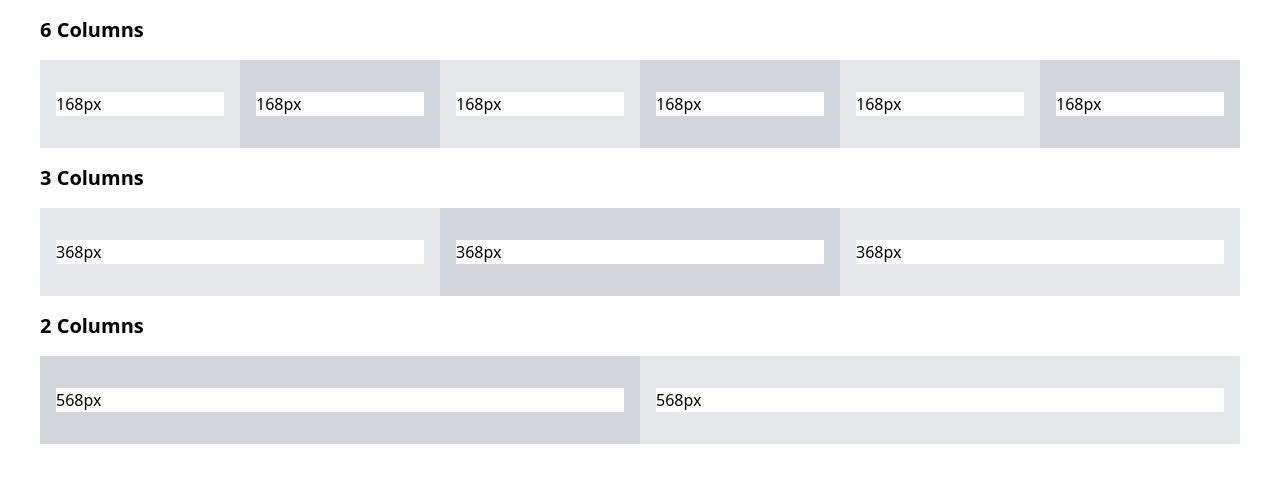
Repository: fabianwurk/vue-tailwind
Page: /
The author's editor kept a copy of each file at every save. The page is drawn from the files as they stood at one save, then again after the next save.
The browser window is 1280 px wide. The pictures show the whole page.
The project was rebuilt for these pictures with package versions that can differ from the ones it lists, and the page was loaded fresh each time. Also part of the build but not shown: vite.config.js.

Above is the page before, as saved 2021-03-15 23:30:45.

After the next save:
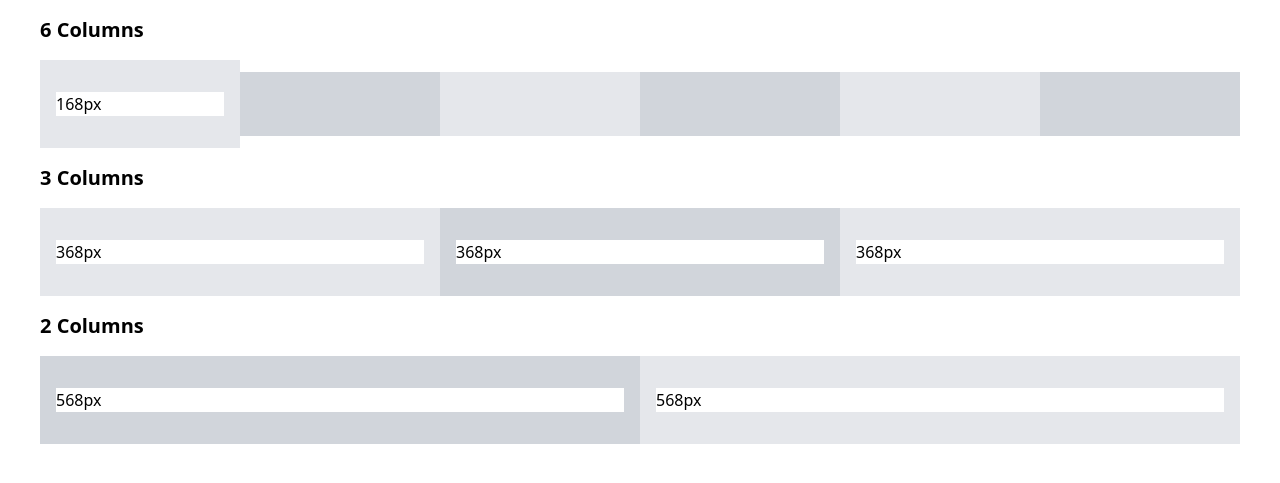
Saved 51 s later.
--- a/src/components/Tail.vue
+++ b/src/components/Tail.vue
@@ -5,7 +5,7 @@
     <h2 class="text-xl font-bold my-4">6 Columns</h2>
     <div class="flex items-center">
       <div class="w-1/6 bg-gray-200 py-8 px-4">
-        <span class="bg-white w-full block">{{ six }}</span>
+        <span class="bg-white w-full block">{{ sixCol }}</span>
       </div>
       <div class="w-1/6 bg-gray-300 py-8 px-4">
         <span class="bg-white w-full block">{{ six }}</span>
@@ -59,7 +59,8 @@
 export default {
   data() {
     return {
-      six: "168px"
+      sixCol: "168px",
+      three: "168px",
     };
   },
 }

After the 3 saves that followed:
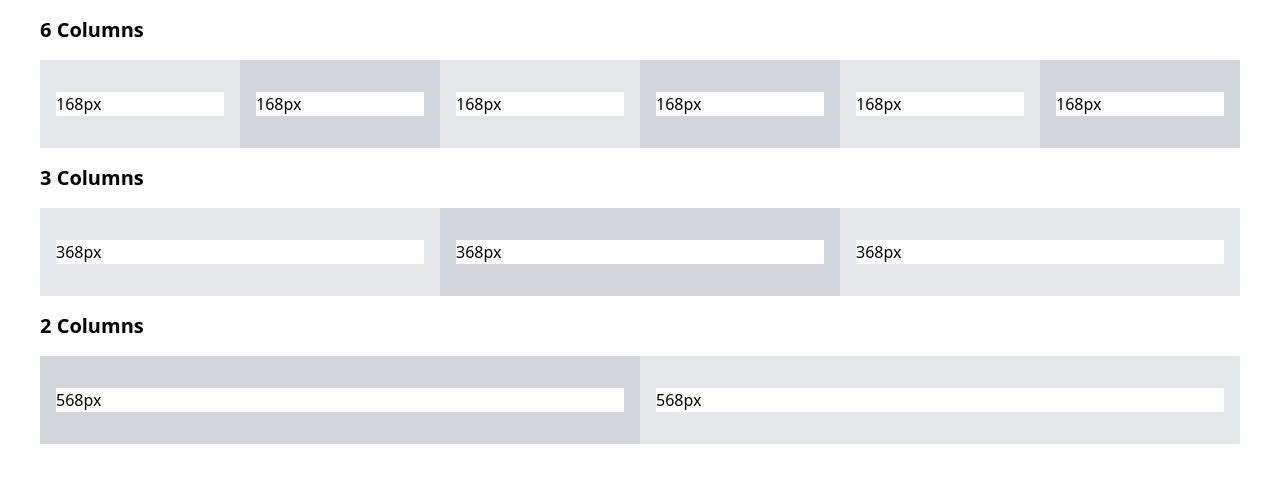
The 3 saves are shown as one change because 1 left the picture as it was and some came seconds apart.
The last was saved 23 s later.
--- a/src/components/Tail.vue
+++ b/src/components/Tail.vue
@@ -8,19 +8,19 @@
         <span class="bg-white w-full block">{{ sixCol }}</span>
       </div>
       <div class="w-1/6 bg-gray-300 py-8 px-4">
-        <span class="bg-white w-full block">{{ six }}</span>
+        <span class="bg-white w-full block">{{ sixCol }}</span>
       </div>
       <div class="w-1/6 bg-gray-200 py-8 px-4">
-        <span class="bg-white w-full block">{{ six }}</span>
+        <span class="bg-white w-full block">{{ sixCol }}</span>
       </div>
       <div class="w-1/6 bg-gray-300 py-8 px-4">
-        <span class="bg-white w-full block">{{ six }}</span>
+        <span class="bg-white w-full block">{{ sixCol }}</span>
       </div>
       <div class="w-1/6 bg-gray-200 py-8 px-4">
-        <span class="bg-white w-full block">{{ six }}</span>
+        <span class="bg-white w-full block">{{ sixCol }}</span>
       </div>
       <div class="w-1/6 bg-gray-300 py-8 px-4">
-        <span class="bg-white w-full block">{{ six }}</span>
+        <span class="bg-white w-full block">{{ sixCol }}</span>
       </div>
     </div>
   </div>
